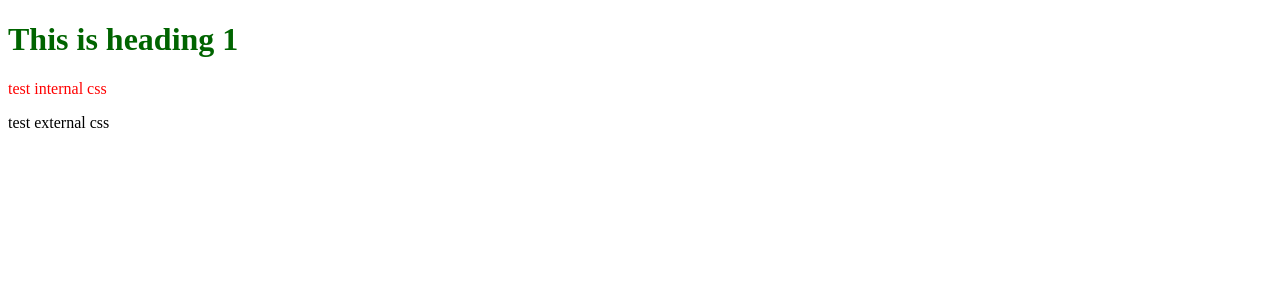
Repository: congle98/CSS_CachNhungCSS
Page: index.html
The author's editor kept a copy of each file at every save. The page is drawn from the files as they stood at one save, then again after the next save.
The browser window is 1280 px wide. The pictures show the whole page.

Above is the page before, as saved 2021-05-26 11:56:02.

After the next save:
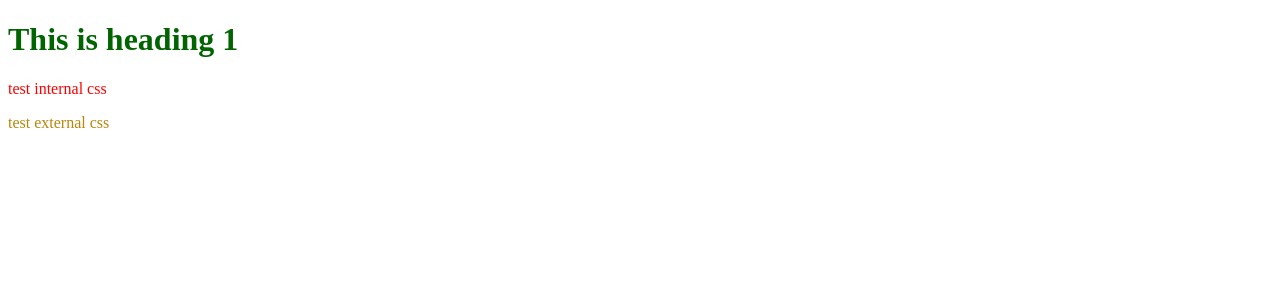
Saved 4 s later.
--- a/style.css
+++ b/style.css
@@ -1,3 +1,3 @@
 #external{
-    color: ;
+    color: darkgoldenrod;
 }
